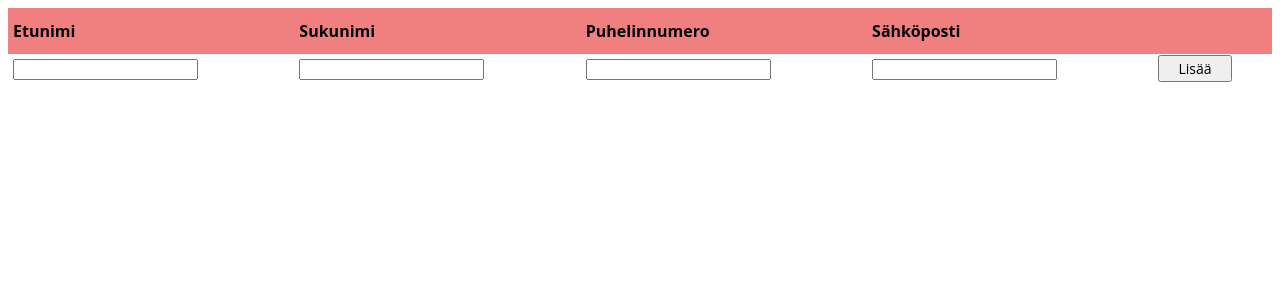
Repository: helijoas/etat7
Page: http://localhost/Asiakkaat/lisaaasiakas.jsp
These files come from the project's save history. The page is drawn as it stood at one moment and after the next save; the edit follows.
The browser window is 1280 px wide. The pictures show the whole page.
The page is served by Tomcat 9.

Above is the page before, as saved 2020-04-29 12:19:48.

After the next save:
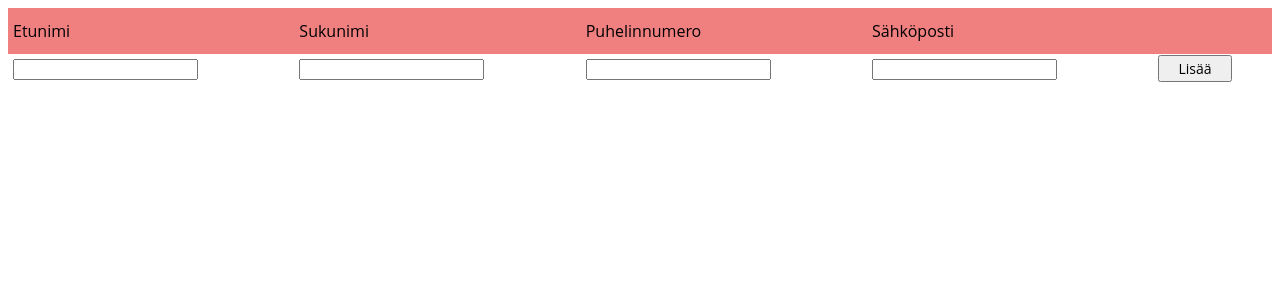
Saved 4 min 1 s later.
--- a/Asiakkaat/WebContent/css/main.css
+++ b/Asiakkaat/WebContent/css/main.css
@@ -27,6 +27,7 @@ th, td {
   padding-top: 12px;
   padding-bottom: 12px;
   text-align: left;
+  font-weight: normal;
   background-color: #F08080;
   color: black;
 }
